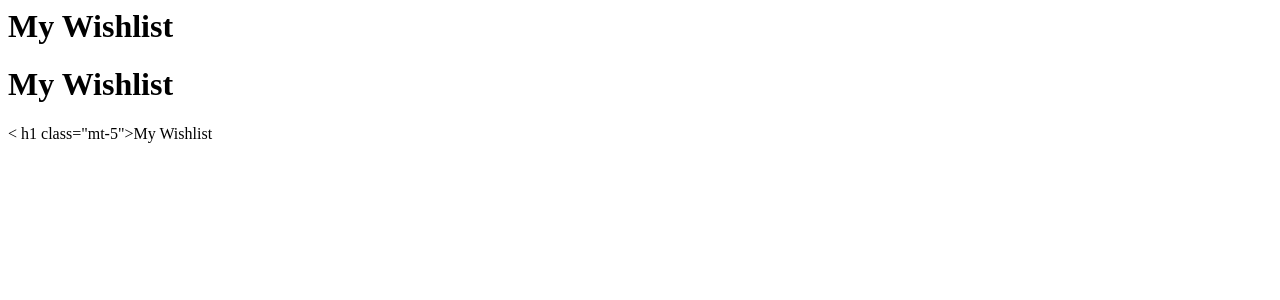
Repository: melikebilen/TdoaWebsite
Page: http://localhost/
An editor plug-in stored every save of this project. The page is shown before and after a run of saves, followed by the edit.
The browser window is 1280 px wide. The pictures show the whole page.
The page is served by the project's Node server (index.js).

Above is the page before, as saved 2021-01-09 21:47:09.

After the next 2 saves:
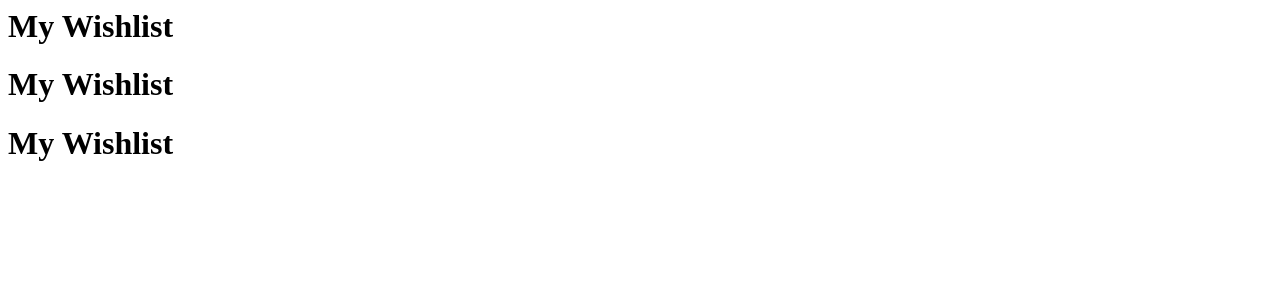
The 2 saves are shown as one change because they came seconds apart.
The last was saved 7 s later.
--- a/views/index.ejs
+++ b/views/index.ejs
@@ -2,8 +2,8 @@
     <div class="row my-auto">
       <div class="col-lg-12 text-center main">
         <h1 class="mt-5">My Wishlist</h1>
-        <h1 class="mt-5">My Wishlist</h1><
-          h1 class="mt-5">My Wishlist</h1>
+        <h1 class="mt-5">My Wishlist</h1>
+        <h1 class="mt-5">My Wishlist</h1>
       </div>
     </div>
 </div>
